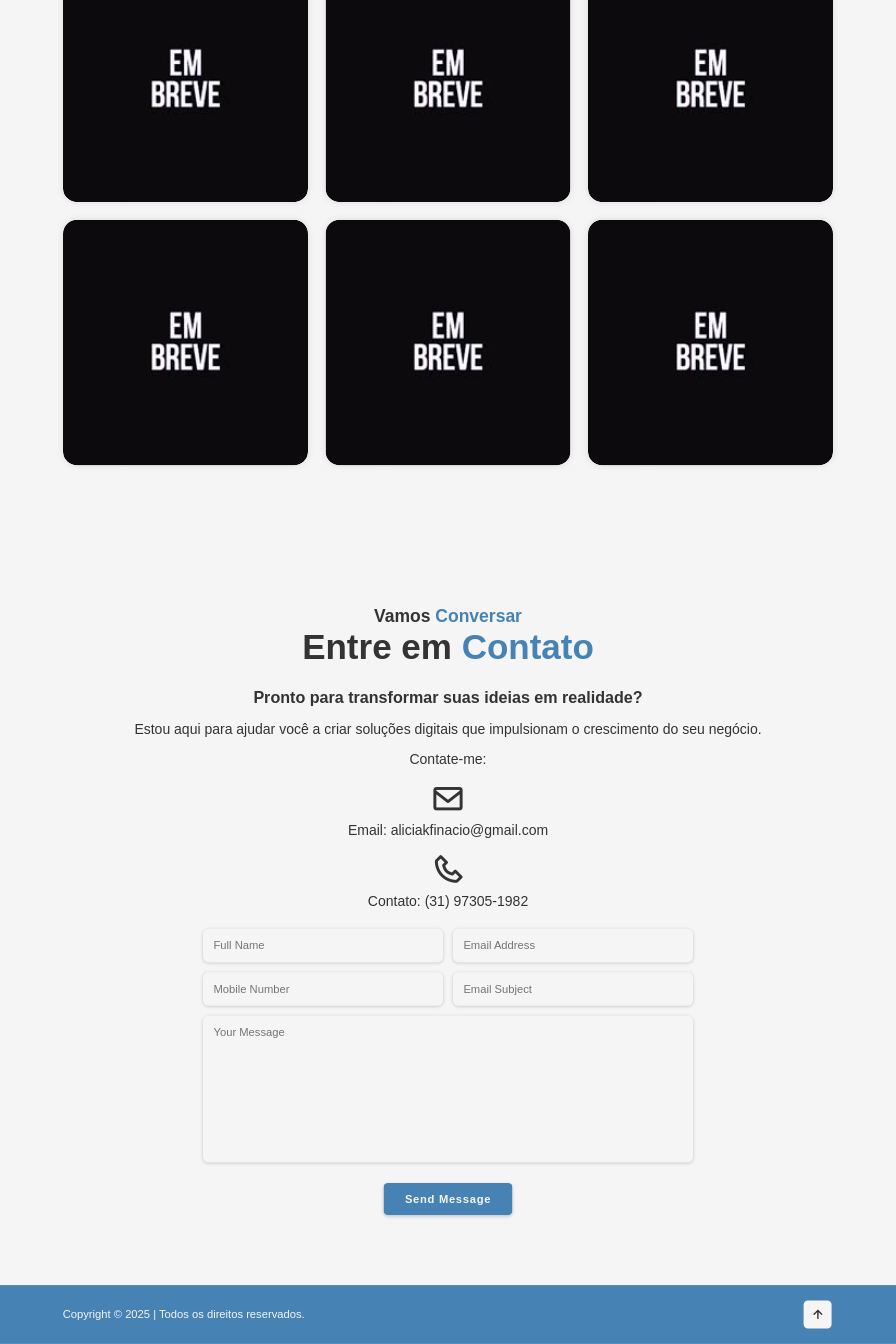
Repository: AliciaKathleen/portfolio-2025
Page: index.html
An editor plug-in stored every save of this project. The page is shown before and after the next save, followed by the edit.
The browser window is 1280 px wide. The pictures show the part of the page from y = 2647 to 4567 px (the page is 4567 px tall before and 4421 px after), at 70% of full size.

Above is the page before, as saved 2025-01-27 18:24:04.
Console error: TypeError: Cannot read properties of null (reading 'classList')

### index.html
<!DOCTYPE html>
<html lang="en">
<head>
    <meta charset="UTF-8">
    <meta http-equiv="X-UA-Compatible" content="IE=edge">
    <meta name="viewport" content="width=device-width, initial-scale=1.0">
    <link rel="stylesheet" href="https://cdn.jsdelivr.net/npm/swiper@9/swiper-bundle.min.css" />
    <link href='https://unpkg.com/boxicons@2.1.4/css/boxicons.min.css' rel='stylesheet'>
    <link rel="stylesheet" href="style.css">
    <title>Alícia Kathleen</title>
</head>
<body>
    <header class="header">
        <a href="#" class="logo">Alícia Kathleen</a>

        <nav class="navbar">
            <a href="#home" class="active">Home</a>
            <a href="#about">Sobre</a>
            <a href="#services">Serviços</a>
            <a href="#portfolio">Projetos</a>
            <a href="#contact">Contato</a>
        </nav>

        <div class="bx bx-moon" id="darkMode-icon"></div>
        <div class="bx bx-menu" id="menu-icon"></div>
    </header>

    <section class="home" id="home">
        <div class="home-content">
            <h3>Olá, eu sou</h3>
            <h1>Alícia Kathleen</h1>
            <p>
                Sou uma desenvolvedora Front-End apaixonada por criar interfaces modernas e funcionais, unindo criatividade e tecnologia para proporcionar experiências digitais únicas. Com uma trajetória inicial no design gráfico, utilizo meu olhar apurado para detalhes e usabilidade para transformar ideias em projetos visuais impactantes. Estou sempre buscando aprender e crescer com novos desafios.
            </p>
            <div class="social-media">
                <a href="#"><i class='bx bxl-linkedin'></i></a>
                <a href="#"><i class='bx bxl-github'></i></a>
            </div>

            <a href="#" class="btn">CURRÍCULO</a>
        </div>

        <div class="profession-container">
            <div class="profession-box">
            </div>
            <div class="overlay"></div>
        </div>

        <div class="home-img">
            <img src="" alt="">
        </div>
    </section>

    <section class="about" id="about">
        <div class="about-img">
            <img src="images/portfolio.jpg" alt="">
        </div>

        <div class="about-content">
            <h2 class="heading">Sobre <span>Mim</span></h2>
            <h3>
                Olá! Seja bem-vindo(a) ao meu portfólio! Sou uma desenvolvedora Front-End apaixonada por criar soluções digitais modernas e funcionais. Amo aprender novas tecnologias, resolver problemas com código e transformar ideias em projetos reais.
            </h3>
            <p>
                Aqui você vai encontrar alguns dos meus trabalhos, além de conhecer um pouco mais sobre minha trajetória no desenvolvimento web. Estou sempre em busca de novos desafios e oportunidades para crescer e evoluir como profissional.
            </p>
            <p>
                Sinta-se à vontade para explorar meu portfólio!
            </p>
        </div>
    </section>

    <section class="services" id="services">
        <h2 class="heading">Explore Meus <span>Trabalhos</span></h2>
        <div class="services-container">
            <div class="services-box">
                <i class='bx bx-code-alt'></i>
                <h3>Soluções Web Modernas</h3>
                <p>Criação de sites únicos e otimizados, que unem design moderno e funcionalidade para atender às suas necessidades e destacar sua marca na web.</p>
            </div>
            <div class="services-box">
                <i class='bx bxs-paint'></i>
                <h3>Design Responsivo</h3>
                <p>Desenvolvo sites que se adaptam perfeitamente a qualquer dispositivo, garantindo acessibilidade e uma navegação fluida para todos os usuários.</p>
            </div>
            <div class="services-box">
                <i class='bx bx-brain'></i>
                <h3>Integração de Apis</h3>
                <p>Integração de APIs para adicionar funcionalidades avançadas ao seu site ou aplicativo, conectando-o a serviços externos de maneira eficiente e sem fricções.</p>
            </div>
            <div class="services-box">
                <i class='bx bx-support'></i>
                <h3>Suporte</h3>
                <p>Ofereço suporte técnico para garantir que seu site esteja sempre atualizado, funcionando perfeitamente e alinhado às suas necessidades.</p>
            </div>
            <div class="services-box">
                <i class='bx bx-objects-vertical-bottom'></i>
                <h3>Estratégias de SEO</h3>
                <p>Técnicas de SEO personalizadas para aumentar a visibilidade do site e atrair mais tráfego qualificado.</p>
            </div>
            <div class="services-box">
                <i class='bx bx-bar-chart-alt'></i>
                <h3>Projetos Escaláveis</h3>
                <p>Desenvolvo soluções web com foco na escalabilidade, garantindo que seu site cresça de acordo com a evolução do seu negócio.

                </p>
            </div>
        </div>
    </section>

    <section class="resume-detail skills" id="skills">
        <h2 class="heading"><span>Skills</span></h2>
        <div class="resume-list">
            <div class="skills-container">
                <p>
                    Com sólidos conhecimentos em HTML, CSS e JavaScript, estou sempre em busca de tecnologias avançadas e boas práticas para oferecer experiências de usuário únicas e funcionais. Tenho experiência com frameworks modernos como React, além de trabalhar com integração de APIs e otimização de desempenho. Sempre em constante evolução, estou sempre aprendendo novas ferramentas e técnicas para melhorar meus projetos e entregar soluções inovadoras.
                </p>
                <div class="resume-items">
                    <div class="resume-item">
                        <i class='bx bxl-html5'></i>
                        <span>HTML</span>
                    </div>
                    <div class="resume-item">
                        <i class='bx bxl-css3'></i>
                        <span>CSS3</span>
                    </div>
                    <div class="resume-item">
                        <i class='bx bxl-javascript'></i>
                        <span>JavaScript</span>
                    </div>
                    <div class="resume-item">
                        <i class='bx bxl-python'></i>
                        <span>Python</span>
                    </div>
                    <div class="resume-item">
                        <i class='bx bxl-react'></i>
                        <span>ReactJS</span>
                    </div>
                    <div class="resume-item">
                        <i class='bx bxl-figma'></i>
                        <span>Figma</span>
                    </div>
                </div>
            </div>
        </div>
    </section>

    <section class="portfolio" id="portfolio">
        <h2 class="heading">Veja soluções reais <br> <span>Projetos</span></h2>

        <div class="portfolio-container">
            <div class="portfolio-box">
                <img src="images/portfolio.jpg" alt="">

                <div class="portfolio-layer">
                    <h4>Web Design</h4>
                    <p>Lorem ipsum dolor sit amet consectetur adipisicing elit. Similique, ipsam est.</p>
                    <a href="#"><i class='bx bx-link-external'></i></a>
                </div>
            </div>
            <div class="portfolio-box">
                <img src="images/portfolio.jpg" alt="">

                <div class="portfolio-layer">
                    <h4>Projeto em construção</h4>
                    <p>Em breve...</p>
                    <a href="#"><i class='bx bx-link-external'></i></a>
                </div>
            </div>
            <div class="portfolio-box">
                <img src="images/portfolio.jpg" alt="">

                <div class="portfolio-layer">
                    <h4>Projeto em construção</h4>
                    <p>Em breve...</p>
                    <a href="#"><i class='bx bx-link-external'></i></a>
                </div>
            </div>
            <div class="portfolio-box">
                <img src="images/portfolio.jpg" alt="">

                <div class="portfolio-layer">
                    <h4>Projeto em construção</h4>
                    <p>Em breve...</p>
                    <a href="#"><i class='bx bx-link-external'></i></a>
                </div>
            </div>
            <div class="portfolio-box">
                <img src="images/portfolio.jpg" alt="">

                <div class="portfolio-layer">
                    <h4>Projeto em construção</h4>
                    <p>Em breve...</p>
                    <a href="#"><i class='bx bx-link-external'></i></a>
                </div>
            </div>
            <div class="portfolio-box">
                <img src="images/portfolio.jpg" alt="">

                <div class="portfolio-layer">
                    <h4>Projeto em construção</h4>
                    <p>Em breve...</p>
                    <a href="#"><i class='bx bx-link-external'></i></a>
                </div>
            </div>
        </div>
    </section>

    <section class="contact" id="contact">
        <h1 class="heading">Vamos <span>Conversar</span></h1>
        <h2 class="heading">Entre em <span>Contato</span></h2>

        <h3 class="heading">Pronto para transformar suas ideias em realidade?</h3>
        <p class="heading">Estou aqui para ajudar você a criar soluções digitais que impulsionam o crescimento do seu negócio.</p>

        <p class="heading">Contate-me:</p>
        <div class="heading">
            <i class='bx bx-envelope' ></i>
            <p>Email: aliciakfinacio@gmail.com</p>
        </div>
        <div class="heading">
            <i class='bx bx-phone'></i>
            <p>Contato: (31) 97305-1982</p>
        </div>

        <form action="#">
            <div class="input-box">
                <input type="text" placeholder="Full Name">
                <input type="email" placeholder="Email Address">
            </div>
            <div class="input-box">
                <input type="number" placeholder="Mobile Number">
                <input type="text" placeholder="Email Subject">
            </div>
            <textarea name="" id="" cols="30" rows="10" placeholder="Your Message"></textarea>
            <input type="submit" value="Send Message" class="btn">
        </form>
    </section>

    <footer class="footer">
        <div class="footer-text">
            <p>Copyright &copy; 2025 | Todos os direitos reservados.</p>
        </div>

        <div class="footer-iconTop">
            <a href="#home"><i class='bx bx-up-arrow-alt'></i></a>
        </div>
    </footer>

    <script src="https://unpkg.com/scrollreveal"></script>
    <script src="https://cdn.jsdelivr.net/npm/swiper@9/swiper-bundle.min.js"></script>
    <script src="script.js"></script>
</body>
</html>

Loaded but not shown: script.js (67 lines, source omitted); style.css (913 lines, source omitted)

After the next save:
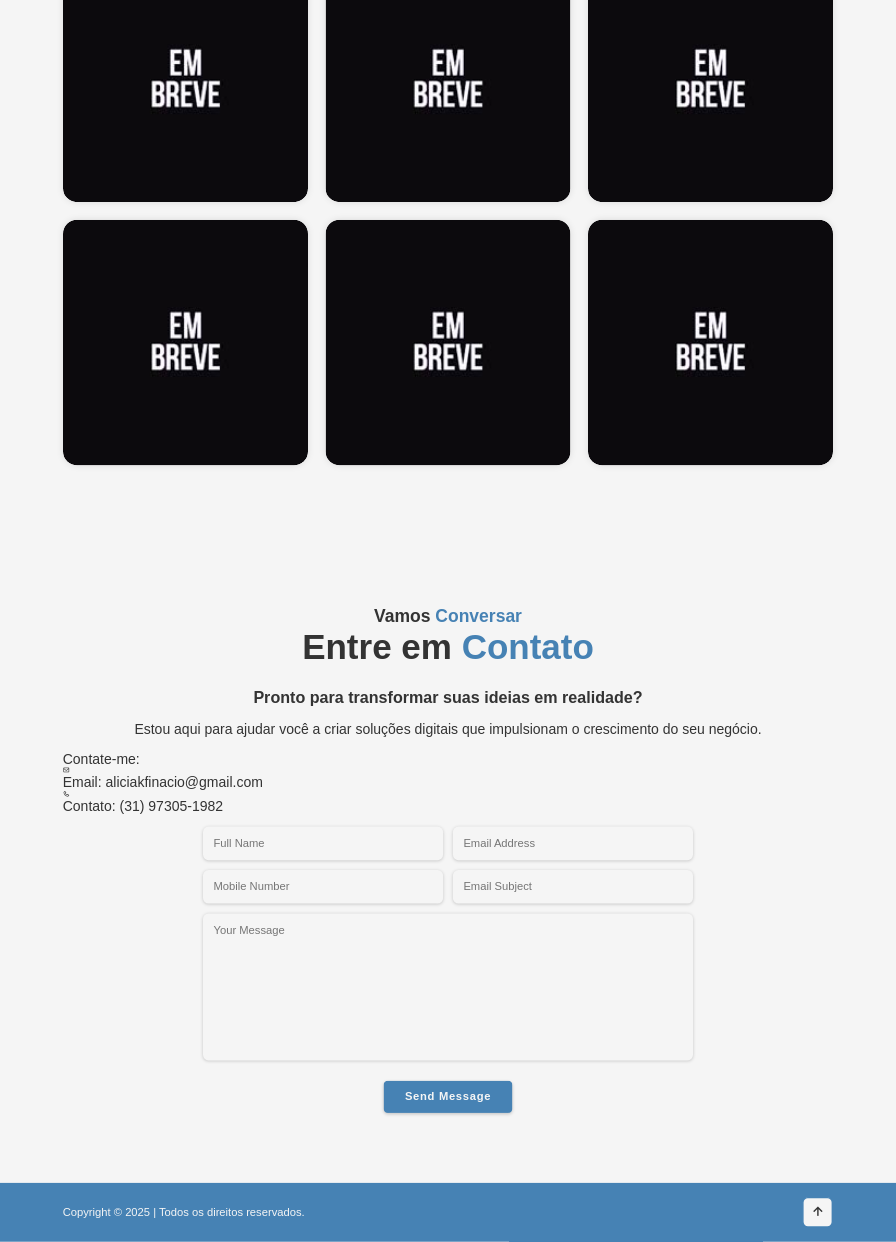
Saved 47 s later.
--- a/index.html
+++ b/index.html
@@ -213,12 +213,12 @@
         <h3 class="heading">Pronto para transformar suas ideias em realidade?</h3>
         <p class="heading">Estou aqui para ajudar você a criar soluções digitais que impulsionam o crescimento do seu negócio.</p>
 
-        <p class="heading">Contate-me:</p>
-        <div class="heading">
+        <p class="contact-me">Contate-me:</p>
+        <div class="contact-me">
             <i class='bx bx-envelope' ></i>
             <p>Email: aliciakfinacio@gmail.com</p>
         </div>
-        <div class="heading">
+        <div class="contact-me">
             <i class='bx bx-phone'></i>
             <p>Contato: (31) 97305-1982</p>
         </div>
